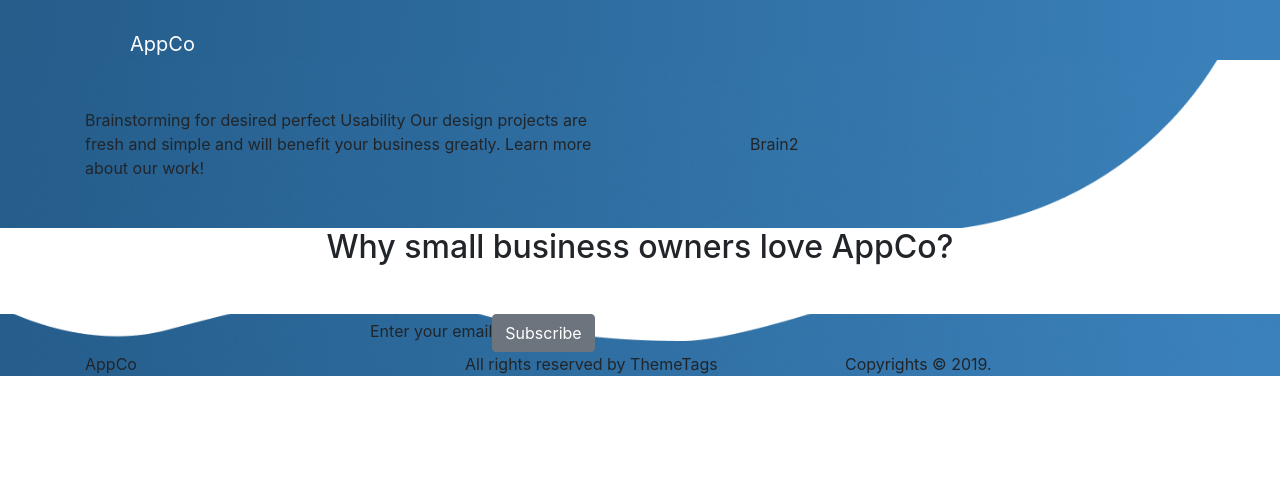
Repository: andbilous/user-statistics-app
Page: /
An editor plug-in stored every save of this project. The page is shown before and after the next save, followed by the edit.
The browser window is 1280 px wide. The pictures show the whole page.
The project was rebuilt for these pictures with package versions that can differ from the ones it lists, and the page was loaded fresh each time. Also part of the build but not shown: src/components/reasons/reasons.scss.

Above is the page before, as saved 2020-06-19 15:05:31.

After the next save:
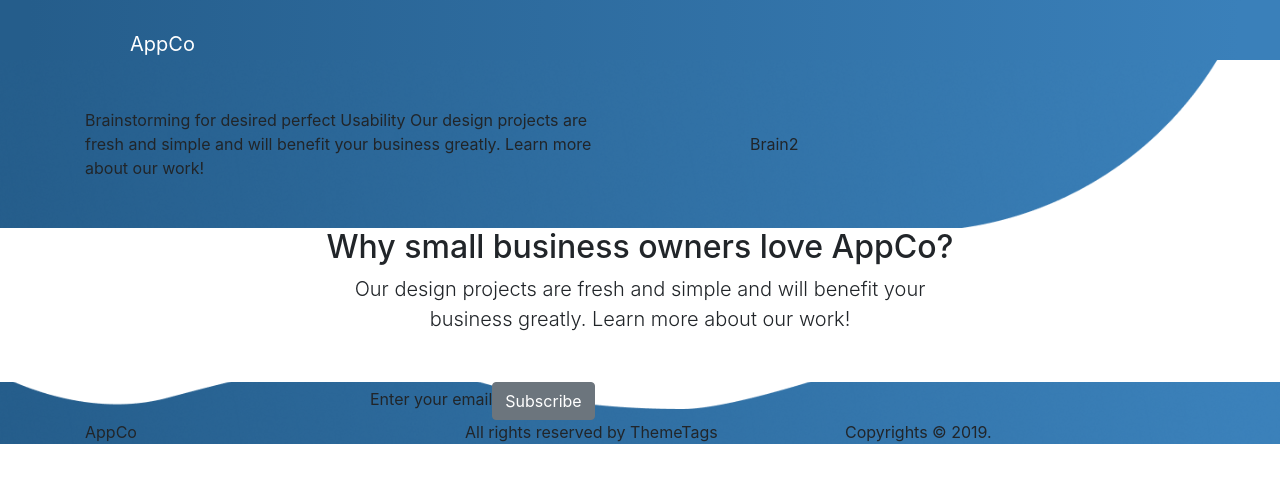
Saved 14 s later.
--- a/src/components/reasons/index.js
+++ b/src/components/reasons/index.js
@@ -12,7 +12,7 @@ const Reasons = () => {
             <div className='section-heading text-center mb-5'>
               <h2>Why small business owners love AppCo?</h2>
               <p className='lead'>
-
+              Our design projects are fresh and simple and will benefit your business greatly. Learn more about our work!
               </p>
             </div>
           </Col>
